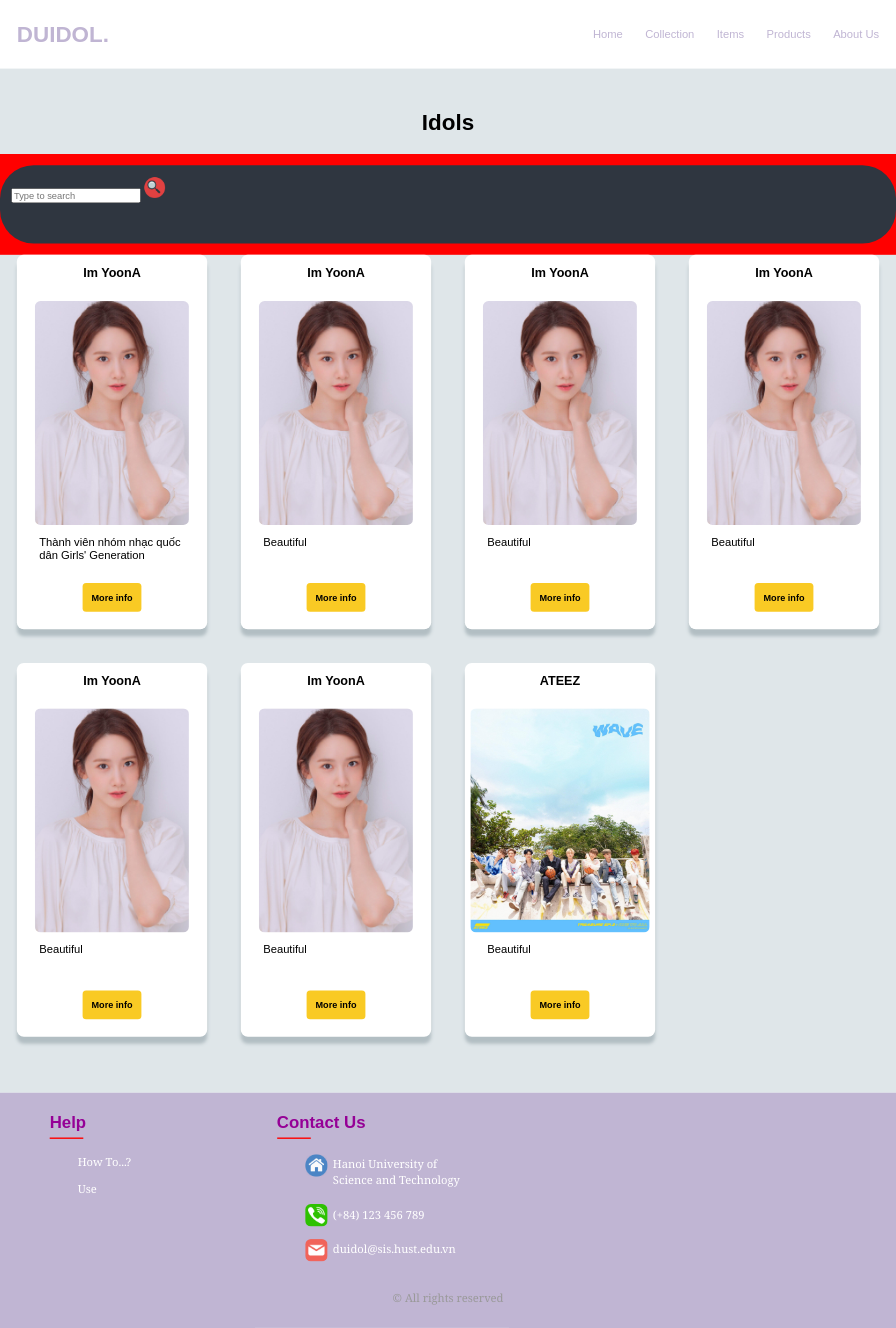
Repository: hangvtt183524/Cong_nghe_Web_va_dich_vu_truc_tuyen_20202
Page: ProjectWeb/src/View/html/idol_list.html
These files come from the project's save history. The page is drawn as it stood at one moment and after the next save; the edit follows.
The browser window is 1280 px wide. The pictures show the whole page, at 70% of full size.

Above is the page before, as saved 2021-05-06 16:24:45.

### ProjectWeb/src/View/html/idol_list.html
<html>
	<head>
		<title>Idol List</title>
		<link rel="stylesheet" href="../css/idol_list.css">
		<link rel="stylesheet" href="../css/welcome_page.css">
	</head>
	<body>
		<header>
			<a href="" class="logo">DUIDOL.</a>
            <ul class="navigation">
                <li><a href="">Home</a></li>
                <li><a href="">Collection</a></li>
                <li><a href="">Items</a></li>
                <li><a href="">Products</a></li>
                <li><a href="">About Us</a></li>
            </ul>
		</header>
		<section class="idol-list">
			<div>
				<h1 class="align-center">Idols</h1>
			</div>
			<div class="container1">
				<div class="search-box">
				<input class="search-txt" type="text" name="" placeholder="Type to search">
				<img src="../image/search-icon.png">
				<a class="search-btn" href="#"></a>
			</div>
			</div>
			<div class="idol-container">
				<div class="card">
					<div class="name">Im YoonA</div>
					<div class="image">
						<img src="../image/yoona.jpg">
					</div>
					<div class="textblock">
					<div class="text">Thành viên nhóm nhạc quốc dân Girls' Generation</div>
					</div>
					<div>
						<div class="btnblock">
						<a href="../html/info.html" class="info-button">More info</a>
						</div>
					</div>
				</div>



				<div class="card">
					<div class="name">Im YoonA</div>
					<div class="image">
						<img src="../image/yoona.jpg">
					</div>
					<div class="textblock">
					<div class="text">Beautiful</div>
					</div>

					<div>
						<div class="btnblock">
						<a href="../html/info.html" class="info-button">More info</a>
						</div>
					</div>
				</div>



				<div class="card">
					<div class="name">Im YoonA</div>
					<div class="image">
						<img src="../image/yoona.jpg">
					</div>
					<div class="textblock">
					<div class="text">Beautiful</div>
					</div>
					<div>
						<div class="btnblock">
						<a href="../html/info.html" class="info-button">More info</a>
						</div>
					</div>
				</div>

				<div class="card">
					<div class="name">Im YoonA</div>
					<div class="image">
						<img src="../image/yoona.jpg">
					</div>
					<div class="textblock">
					<div class="text">Beautiful</div>
					</div>
					<div>
						<div class="btnblock">
						<a href="../html/info.html" class="info-button">More info</a>
						</div>
					</div>
				</div>

				<div class="card">
					<div class="name">Im YoonA</div>
					<div class="image">
						<img src="../image/yoona.jpg">
					</div>
					<div class="textblock">
					<div class="text">Beautiful</div>
					</div>
					<div>
						<div class="btnblock">
						<a href="../html/info.html" class="info-button">More info</a>
						</div>
					</div>
				</div>

				<div class="card">
					<div class="name">Im YoonA</div>
					<div class="image">
						<img src="../image/yoona.jpg">
					</div>
					<div class="textblock">
					<div class="text">Beautiful</div>
					</div>
					<div>
						<div class="btnblock">
						<a href="../html/info.html" class="info-button">More info</a>
						</div>
					</div>
				</div>

				<div class="card">
					<div class="name">ATEEZ</div>
					<div class="image">
						<img src="../image/ateez-list.jpg">
					</div>
					<div class="textblock">
					<div class="text">Beautiful</div>
					</div>
					<div>
						<div class="btnblock">
						<a href="../html/info.html" class="info-button">More info</a>
						</div>
					</div>
				</div>

			</div>
		</section>
		<footer>
			<div class="container">
				<div class="row">
					<div class="footer-col">
						<h4>Help</h4>
						<ul>
							<li><a href="">How to...?</a>
							<li><a href="">Use</a>
						</ul>
					</div>
					<div class="footer-col">
						<h4>Contact us</h4>
						<ul>
							<li><img src="../image/address_icon.jpg">
							<p>Hanoi University of <br>Science and Technology</p>
							<li><img src="../image/phone_icon.png">
							<p>(+84) 123 456 789</p>
							<li><img src="../image/mail_icon.png">
							<p>duidol@sis.hust.edu.vn</p>
						</ul>
					</div>
				</div>
				<div class="copyrightText"><p>© All rights reserved</p></div>
			</div>
		</footer>
	</body>
</html>

### ProjectWeb/src/View/css/idol_list.css
body {
    font-family: sans-serif;
    margin: 0;
}

.idol-list {
	background-color:#dfe6e9;
	padding-bottom: 5em;
    align-items: center;
    padding-top: 2em;
}

h1 {
	font-size: 2em;
	font-weight: bold;
}
.container1 {
	padding: 1em 0;
	background: red;
}
.container1 .search-box {
	top: 50%;
	left: 50%;

	background: #2f3640;
	height: 5em;
	border-radius: 3em;
	padding: 1em;
}
.container1 img {
	width: 2em;
	border-radius: 2em;
}
.idol-list .card {
	background-color: white;
	width: 16em;

	margin: auto;
	border-radius: 10px;
	padding: 1em;
	box-shadow: 0px 10px 5px #b2bec3;
	text-align: center;
	font-family: sans-serif;
	max-width: 75%;
	padding-bottom: 30px;
}
.idol-list .card:hover {
	box-shadow: 15px 15px 15px #b2bec3;
	background: #FFEAFF;
}
.card .name {
	font-size: 18px;
	font-weight: bold;
	padding-bottom: 0.7em;
}

.card .image {
	margin-top: 1em;
	width: 100%;
    height: 20em;
    position: relative;
}
.card .image img {
	max-height: 100%;
	border-radius: 0.5em;
	object-fit: cover;
	position: absolute;
	top: 50%;
    transform: translate(-50%, -50%);
}

.card .textblock {
	height: 4em;
	margin-left: 1em;
	margin-right: 1em;
	margin-top: 1em;
	margin-bottom: 0.5em;
}

.card .textblock .text {
	text-align: left;
	font-size: 1rem;
}

.card .btnblock {
	margin-top: 1em;
	margin-bottom: 0.5em;
}

.info-button {
	background-color: #f9ca24;
	color: black;
	border: none;
	padding: 1em;
	border-radius: 5px;
	font-weight: bold;
	font-size: 13px;
	text-decoration: none;
}

.info-button:hover {
	box-shadow: 0px 5px 5px #b2bec3;
	color: #eb4db4;
}

.idol-container {
	display: grid;
	grid-template-columns: repeat(4, 1fr);
	grid-row-gap: 3em;
}

.align-center {
	text-align: center;
}

footer {
	background-color: #c0b5d3;
	padding: 1em 0;
}

footer .container {
	max-width: 1170px;
	margin: auto;
}

.footer-col {
	width: 25%;
	padding: 0 1em;
}
.footer-col h4 {
	font-size: 1.5em;
	color: #950096;
	text-transform: capitalize;
	position: relative;
	margin-top: 0.5em;
}

.footer-col h4::before {
	content: '';
	position: absolute;
	left: 0;
	bottom: -10px;
	height: 2px;
	background-color: red;
	box-sizing: border-box;
	width: 2em;
}

.footer-col li {
	display: flex;
	margin-bottom: 0.5em;
}
.footer-col ul li a {
	color: white;
	text-transform: capitalize;
	text-decoration: none;
	font-family: Cambria;
	font-size: 1em;
	margin-bottom: 0.5em;
	display: block;
}


.footer-col ul li a:hover {
	color: #700470;
	padding-left: 1em;

}

.footer-col p {
	margin-top: 0.2em;
	font-size: 1em;
	font-family: Cambria;
	color: white;
}
.footer-col img {
	border-radius: 0.5em;
	max-height: 2em;
	margin-right: 0.5em;
}

ul {
	list-style: none;
}

footer .container .h3 {
	color: white;
}

.container .row {
	display: flex;
	flex-wrap: wrap;
}

.copyrightText {
	width: 100%;
	color: #999;
	text-align: center;
	font-family: Cambria;
}

@media only screen and (max-width: 991px){
	.idol-container {
		grid-template-columns: 1fr;
	}
	.card {
        width: 25em;
    }
    .album .image {
        height: 25em;
    }
}

### ProjectWeb/src/View/css/welcome_page.css

body {
    margin: 0;
    font-family: sans-serif;
}
.bg {
    display: grid;
    grid-template-columns: 2fr 1fr;
    background-color: #c0b5d3;
}
.bg2 img {
    width: 100%;
}
.bg1 {
    display: flex;
    justify-content: center;
    align-items: center;
}
.bg1-1 h2 {
    font-size: 5rem;
    line-height: 0.1em;
    font-family: sans-serif;
    color: white;
    position: relative;
    z-index: 1;
}
.bg1-1 h2::before {
    content: ' ';
    position: absolute;
    width: 2.5em;
    height: 0.25em;
    background: #ab91d8;
    bottom: -35;
    z-index: -1;
    margin-left: -0.9em;
}
.bg1-1 p {
    font-size: 3rem;
    color: white;
    position: relative;
    z-index: 1;
}
.bg1-1 p::before {
    content: ' ';
    position: absolute;
    width: 2.5em;
    height: 0.3em;
    background: #ab91d8;
    bottom: 0;
    z-index: -1;
    margin-left: 10em;
}
.bg1-1 p span {
    font-size: 1.5rem;
    display: block;
    font-weight: 500;
}
header {
    background-color: white;
    padding: 1.5em;
    display: flex;
    justify-content: space-between;
    align-items: center;
}
.logo {
    font-weight: bold;
    text-decoration: none;
    font-size: 2em;
    color: #c0b5d3;
}
.navigation {
    display: flex;
    position: relative;
}
.navigation li {
    list-style: none;
    margin-left: 2em;
}
.navigation li a {
    text-decoration: none;
    font-size: 1em;
    color: #c0b5d3;
}

After the next save:
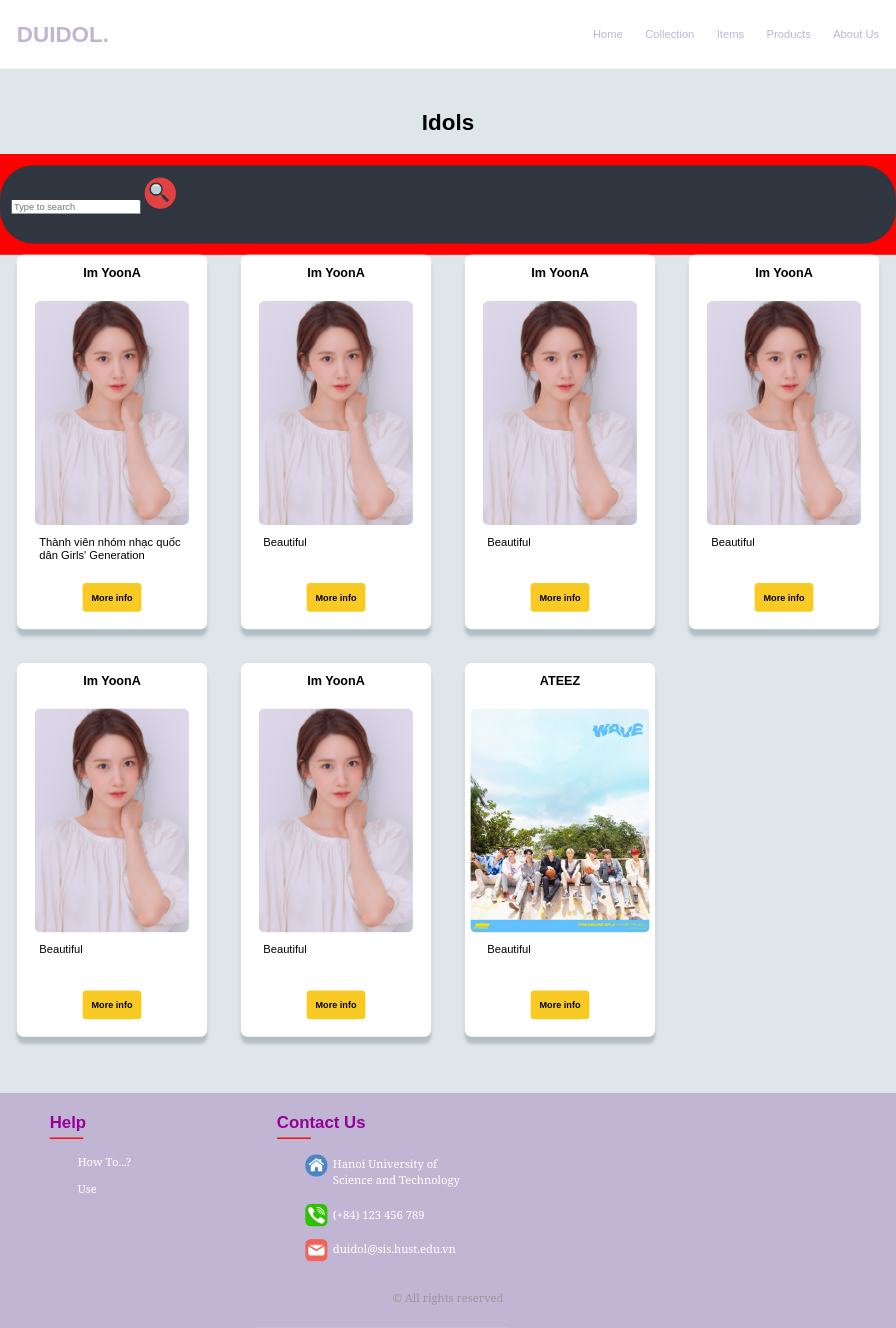
Saved 12 s later.
--- a/ProjectWeb/src/View/css/idol_list.css
+++ b/ProjectWeb/src/View/css/idol_list.css
@@ -28,8 +28,8 @@
 	padding: 1em;
 }
 .container1 img {
-	width: 2em;
-	border-radius: 2em;
+	width: 3em;
+	border-radius: 5em;
 }
 .idol-list .card {
 	background-color: white;
